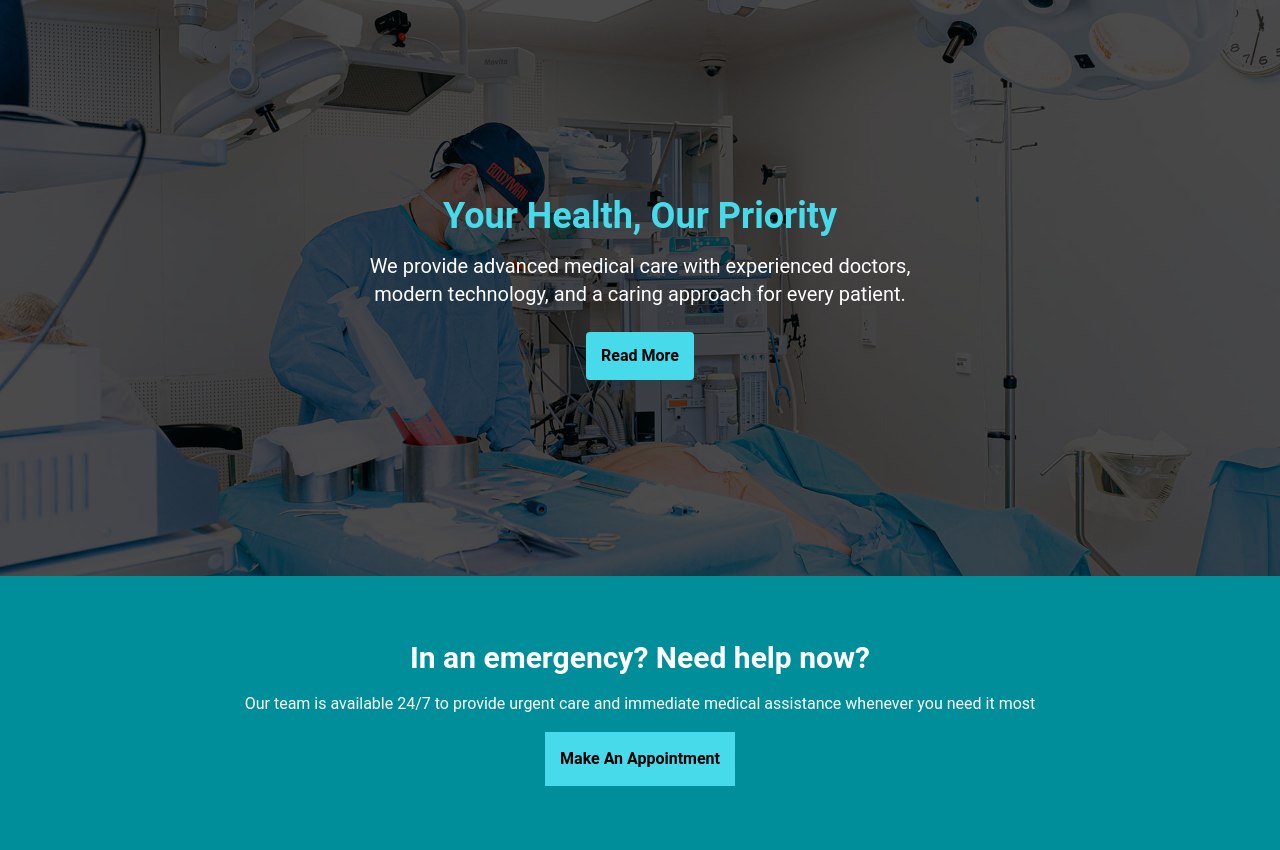
Repository: ahmedkhaleddev02-del/DoctorAppointment-MERN
Page: / (app in frontend/frontend/)
The author's editor kept a copy of each file at every save. The page is drawn from the files as they stood at one save, then again after the next save.
The browser window is 1280 px wide. The pictures show the whole page.
The project was rebuilt for these pictures with package versions that can differ from the ones it lists, and the page was loaded fresh each time.

Above is the page before, as saved 2025-07-27 18:02:26.

### frontend/frontend/src/index.css
@tailwind base;
@tailwind components;
@tailwind utilities;
@import url('https://fonts.googleapis.com/css2?family=Liter&family=Outfit:wght@100..900&family=Roboto:ital,wght@0,100..900;1,100..900&family=Sansita:ital,wght@0,400;0,700;0,800;0,900;1,400;1,700;1,800;1,900&display=swap');

@import "slick-carousel/slick/slick.css";
@import "slick-carousel/slick/slick-theme.css";


*,body{
  font-family: roboto;
}


button{
  background: #46daea !important;
  padding: 15px;
  color:black;
  font-weight: bold;
  transition: ease-in-out 0.3s !important;


}

button:hover{
  background: #43b0ba !important;
}

### frontend/frontend/src/App.js
import Home from "./pages/Home";
function App() {
  return (
    <>

    <Home/>
    </>
  );
}

export default App;

### frontend/frontend/src/pages/Home.jsx
import React from 'react'
import CallToAction from '../components/CallToAction'
import HeroSlider from '../components/HeroSlider'
function Home() {
  return (
    <div>
        <HeroSlider/>
        <CallToAction/>

    </div>
  )
}

export default Home

### frontend/frontend/src/components/CallToAction.jsx
import React from 'react'

function CallToAction() {
  return (
    <section  className="bg-[#008e9b] text-white py-16">
        <div className='max-w-4xl mx-auto text-center px-4'>
        <h3 className='text-3xl font-bold mb-4'> In an emergency? Need help now?</h3>
        <p className='mt-2 mb-2'>Our team is available 24/7 to provide urgent care and immediate medical assistance whenever you need it most</p>

        <button className='mt-2'>Make An Appointment</button>
        </div>

    </section>
  )
}

export default CallToAction

### frontend/frontend/src/components/HeroSlider.jsx
import React from 'react'
import Slider from "react-slick";
import carousel_1 from "../img/hero-carousel/hero-carousel-1.jpg"

import carousel_2 from "../img/hero-carousel/hero-carousel-2.jpg"


import carousel_3 from "../img/hero-carousel/hero-carousel-3.jpg"

function HeroSlider() {

const settings = {
    dots: true,
    infinite: true,
    autoplay: true,
    autoplaySpeed: 5000,
    fade: true,
    arrows: false
  };


  const slides = [
  {
    image: carousel_1,
    title: "Your Health, Our Priority",
    text: "We provide advanced medical care with experienced doctors, modern technology, and a caring approach for every patient.",
  },
  {
    image: carousel_2,
    title: "Specialized Medical Services",
    text: "From cardiology to pediatrics, our expert teams are ready to help you and your family stay healthy and safe.",
  },
  {
    image: carousel_3,
    title: "Easy Online Appointments",
    text: "Book your appointment quickly and conveniently with top doctors at your preferred time.",
  }
];



  return (
    <section className='relative w-full h-[80vh] overflow-hidden' >
        <Slider {...settings}>
                {slides.map((slide,index)=>(
                    <div  key={index} className="relative w-full h-[80vh]">

                <img  src={slide.image}   className="w-full h-full object-cover"/>

            <div className="absolute inset-0 bg-black bg-opacity-70 flex flex-col justify-center items-center text-center text-white px-4">

                    <h2 className='text-4xl text-[#46daea] font-bold mb-4'>{slide.title}</h2>

             <p className="max-w-xl text-xl ">{slide.text}</p>

             <button className="mt-6 inline-block  py-3 rounded ">
              Read More

             </button>

                </div>

                    </div>
                ))}


        </Slider>
    </section >
  )
}

export default HeroSlider

Loaded but not shown: frontend/frontend/public/index.html (common file); frontend/frontend/src/index.js (common file); frontend/frontend/tailwind.config.js (common file); frontend/frontend/src/components/About.jsx (common file)

After the next save:
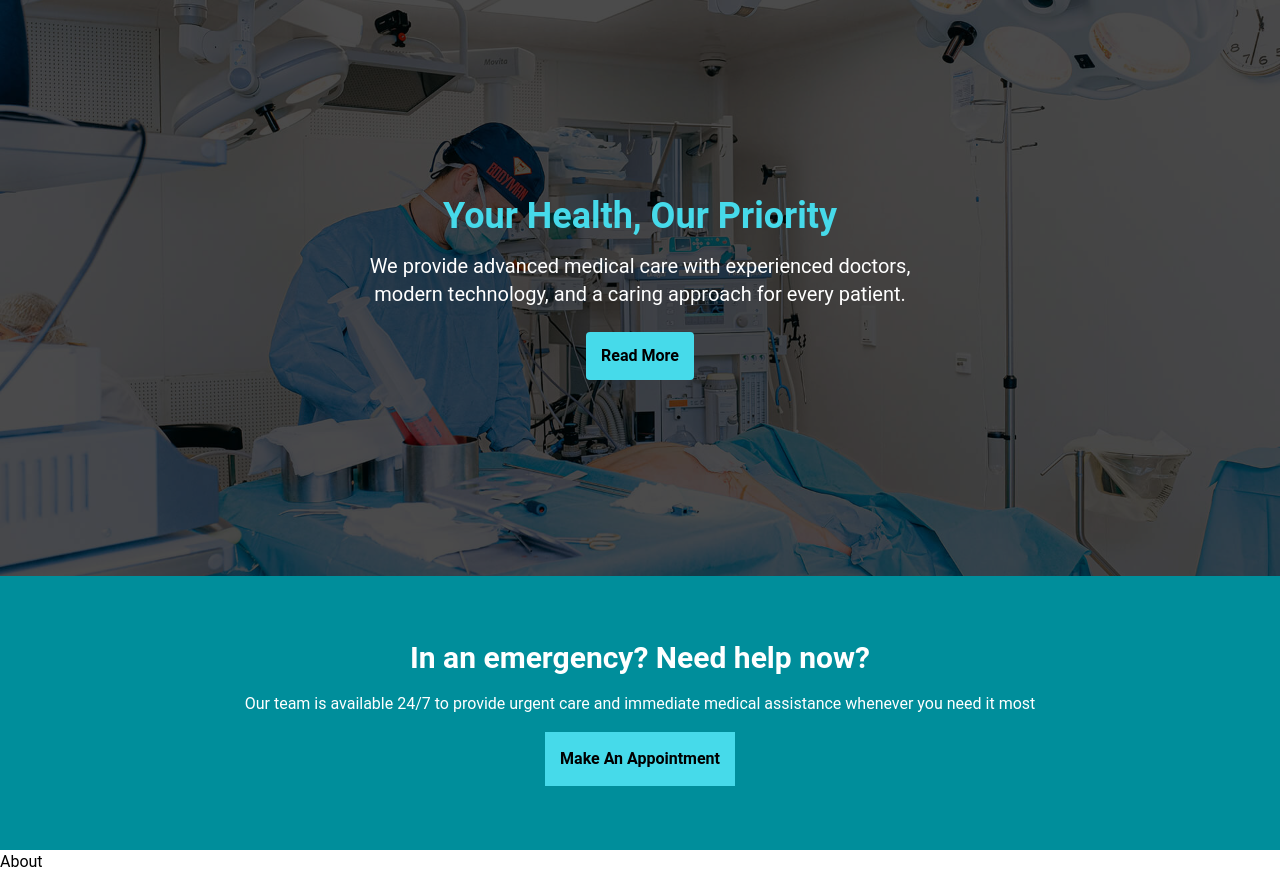
Saved 11 s later.
--- a/frontend/frontend/src/pages/Home.jsx
+++ b/frontend/frontend/src/pages/Home.jsx
@@ -1,11 +1,13 @@
 import React from 'react'
 import CallToAction from '../components/CallToAction'
 import HeroSlider from '../components/HeroSlider'
+import About from '../components/About'
 function Home() {
   return (
     <div>
         <HeroSlider/>
         <CallToAction/>
+        <About/>
 
     </div>
   )
